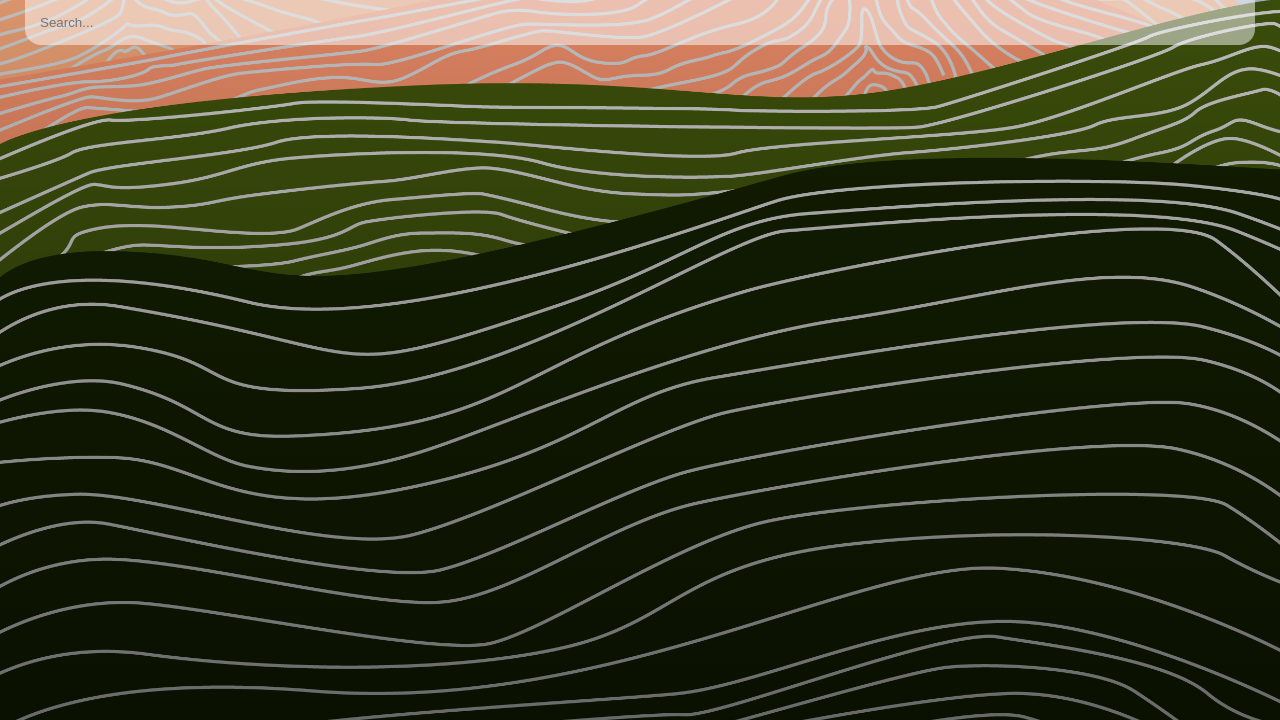
Repository: burntaftermint/weather
Page: /
The author's editor kept a copy of each file at every save. The page is drawn from the files as they stood at one save, then again after the next save.
The browser window is 1280 px wide. The pictures show the whole page.
The project was rebuilt for these pictures with package versions that can differ from the ones it lists, and the page was loaded fresh each time.

Above is the page before, as saved 2023-11-02 04:38:52.

After the next save:
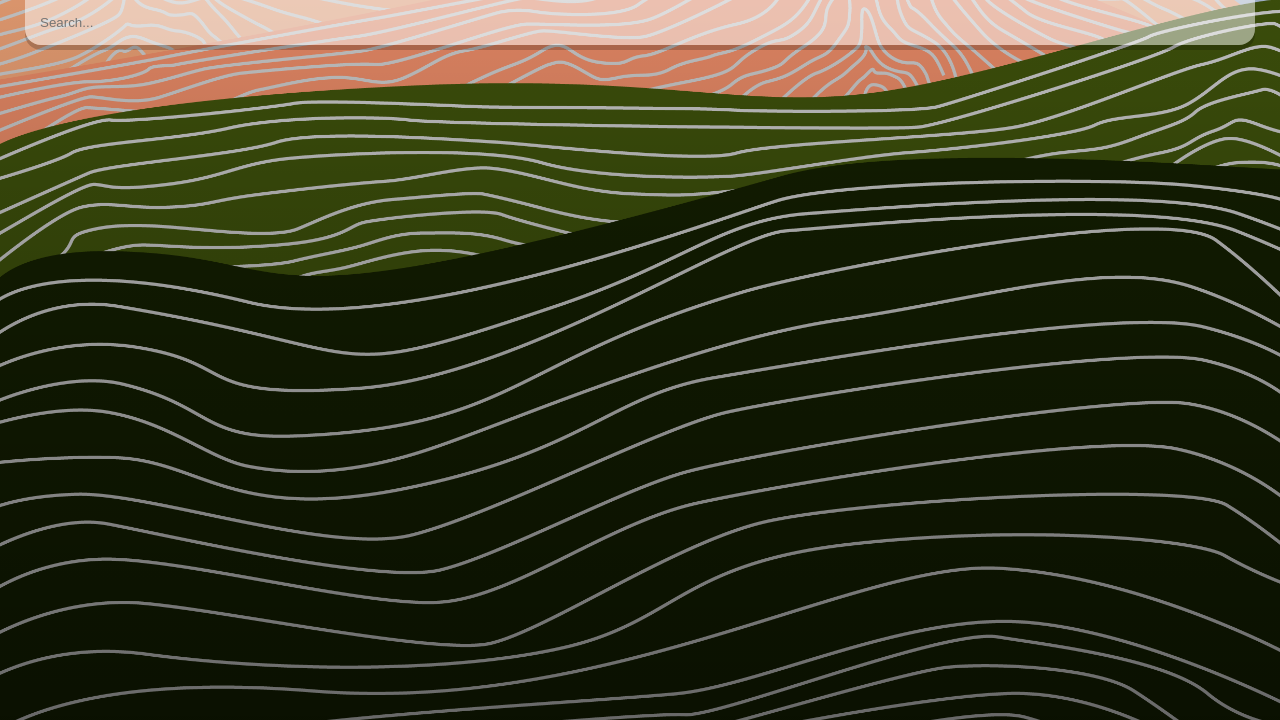
Saved 26 s later.
--- a/src/index.css
+++ b/src/index.css
@@ -43,4 +43,6 @@ main {
   background-color: rgba(255, 255, 255, 0.5);
   border-radius: 0px 0px 16px 16px;
   margin-top: -25px;
+
+  box-shadow: 0px 5px rgba(0, 0, 0, 0.2);
 }
